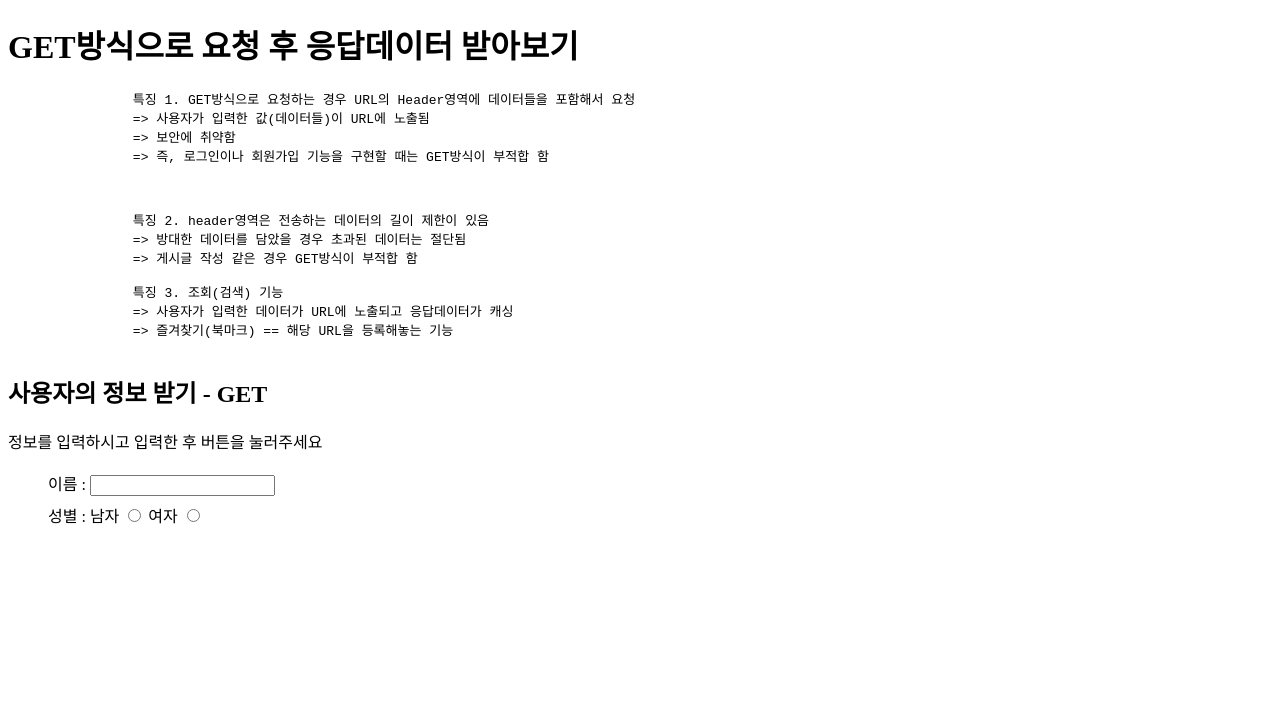
Repository: dltbxkfm86-creator/web
Page: MyFirstWebProject/src/main/webapp/views/request_get.html
The author's editor kept a copy of each file at every save. The page is drawn from the files as they stood at one save, then again after the next save.
The browser window is 1280 px wide. The pictures show the whole page.

Above is the page before, as saved 2025-09-22 08:09:26.

After the next save:
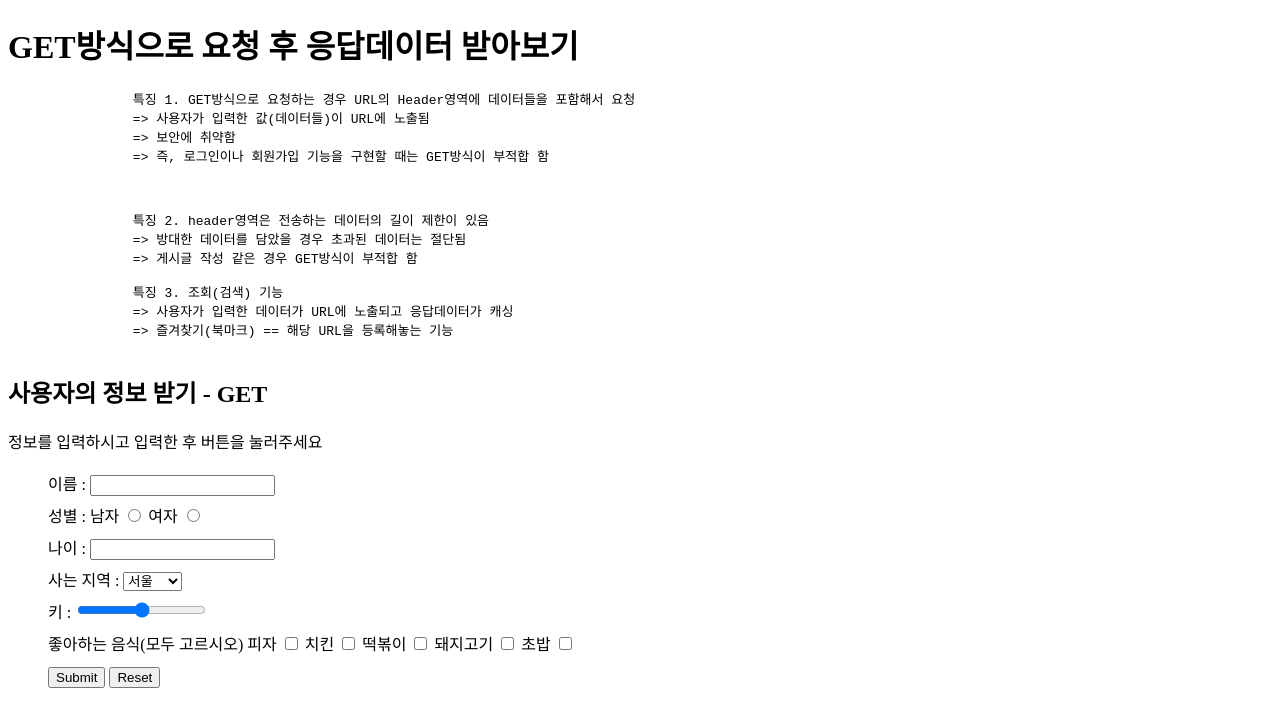
Saved 7 min 14 s later.
--- a/MyFirstWebProject/src/main/webapp/views/request_get.html
+++ b/MyFirstWebProject/src/main/webapp/views/request_get.html
@@ -41,6 +41,31 @@
 				남자 <input type="radio">
 				여자 <input type="radio">
 			</li>
+			<li>
+				나이 : <input type="number">
+			</li>
+			<li>
+				사는 지역 :
+				<select>
+					<option>서울</option>
+					<option>제주도</option>
+				</select>
+			</li>
+			<li>
+				키 : <input type="range" min="130" max="220">
+			</li>
+			<li>
+				좋아하는 음식(모두 고르시오)
+				피자 <input type="checkbox">
+				치킨 <input type="checkbox">
+				떡볶이 <input type="checkbox">
+				돼지고기 <input type="checkbox">
+				초밥 <input type="checkbox">
+			</li>
+			<li>
+				<input type="submit">
+				<input type="reset">
+			</li>
 		</ul>
 	</form>
 
